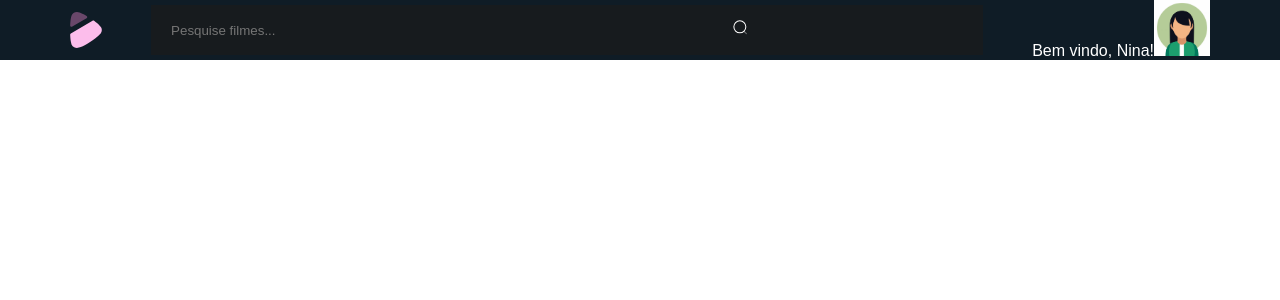
Repository: MilenaMelo/Cubos-Flix
Page: / (app in cubos-flix/)
The author's editor kept a copy of each file at every save. The page is drawn from the files as they stood at one save, then again after the next save.
The browser window is 1280 px wide. The pictures show the whole page.
The project was rebuilt for these pictures with package versions that can differ from the ones it lists, and the page was loaded fresh each time.

Above is the page before, as saved 2021-06-19 13:10:04.

### cubos-flix/public/index.html
<!DOCTYPE html>
<html lang="en">
  <head>
    <meta charset="utf-8" />
    <link rel="icon" href="%PUBLIC_URL%/favicon.ico" />
    <meta name="viewport" content="width=device-width, initial-scale=1" />
    <meta name="theme-color" content="#000000" />
    <meta
      name="description"
      content="Web site created using create-react-app"
    />
    <link rel="apple-touch-icon" href="%PUBLIC_URL%/logo192.png" />
    <link rel="manifest" href="%PUBLIC_URL%/manifest.json" />
    <title>Cubos Flix</title>
  </head>
  <body>
    <noscript>You need to enable JavaScript to run this app.</noscript>
    <div id="root"></div>

  </body>
</html>

### cubos-flix/src/App.js
import './App.css';
import Navbar from './components/Navbar';

function App() {
  return (
    <div className="app">
      <header>
        <Navbar/>
      </header>
    </div>
  );
}

export default App;

### cubos-flix/src/App.css
* {
    margin: 0px;
    font-family: Manrope, sans-serif;
    color: white;
}

.app {
    background-color: #1d2226;
}

### cubos-flix/src/components/Navbar/index.js
import './style.css'
import logo from '../../assets/images/logo.svg'
import search_icon from '../../assets/images/search-icon.svg'
import profile_img from '../../assets/images/profile.jpg'


function Navbar() {
    return (
        <header className='navbar'>
            <img src={logo} alt="logo"/>
            <div className='search-container'>
                <input className='search-input' type="text" name="Pesquisa" placeholder="Pesquise filmes..."/>
                <img src={search_icon} alt="Input de pesquisa"/>
            </div>
            <div className='profile-container'>
                <span>Bem vindo, Nina!</span>
                <img className='profile-img' src={profile_img} alt="Foto de perfil"/>
            </div>
        </header>
    );
}

export default Navbar;

### cubos-flix/src/components/Navbar/style.css
.navbar {
    display: flex;
    align-items: center;
    justify-content: space-between;
    padding: 0px 70px;
    background-color: #0f1c26;
}

.search-container {
    padding: 14px 16px;
}

.search-container, .search-input {
    width: 70%;
    outline: 0;
    background: #171b1e;
    border: 1px solid transparent;
}


.profile-img {
    height: 56px;
}

Loaded but not shown: cubos-flix/src/index.js (common file)

After the next save:
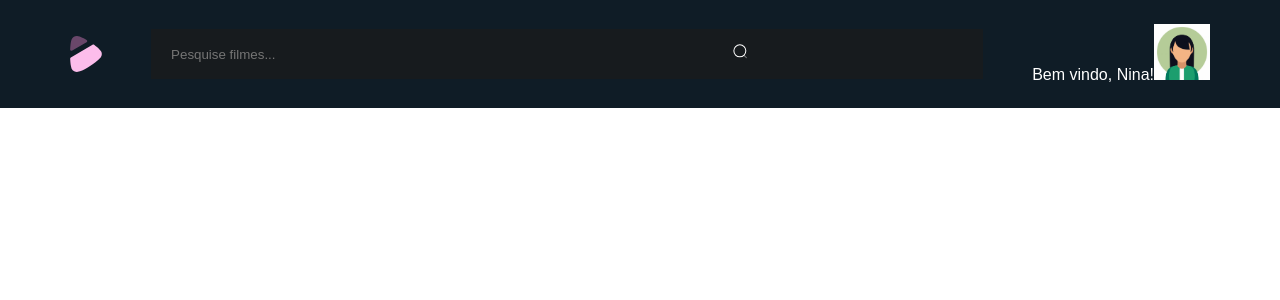
Saved 63 s later.
--- a/cubos-flix/src/components/Navbar/style.css
+++ b/cubos-flix/src/components/Navbar/style.css
@@ -2,7 +2,7 @@
     display: flex;
     align-items: center;
     justify-content: space-between;
-    padding: 0px 70px;
+    padding: 24px 70px;
     background-color: #0f1c26;
 }
 
